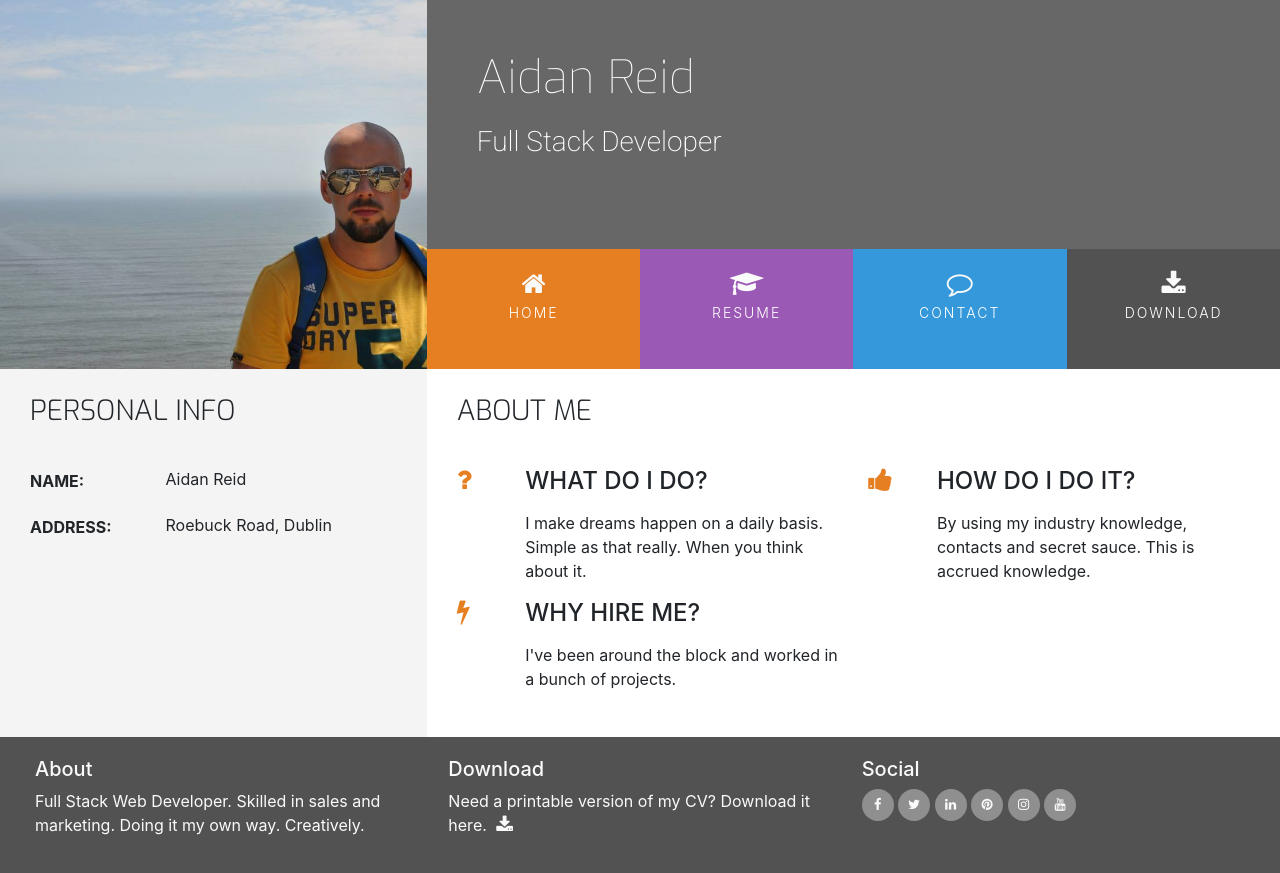
Repository: AidanJReid/Resume
Page: index.html
The author's editor kept a record of every edit. The page is drawn from the files as they stood at one moment, then again after the next edit.
The browser window is 1280 px wide. The pictures show the whole page.

Above is the page before.

### index.html
<!DOCTYPE html>
<html lang="en">

<head>
    <meta charset="UTF-8">
    <meta name="viewport" content="width=device-width, initial-scale=1.0">
    <meta http-equiv="X-UA-Compatible" content="ie=edge">
    <link rel="stylesheet" href="https://stackpath.bootstrapcdn.com/bootstrap/4.3.1/css/bootstrap.min.css" type="text/css" />
    <link rel="stylesheet" href="https://stackpath.bootstrapcdn.com/font-awesome/4.7.0/css/font-awesome.min.css" type="text/css" />
    <link rel="stylesheet" href="https://cdnjs.cloudflare.com/ajax/libs/hover.css/2.3.1/css/hover-min.css" type="text/css" />
    <link rel="stylesheet" href="assets/css/style.css" type="text/css" />
    <title>Aidan</title>
</head>

<body>
    <header>
        <div class="row no-gutters">
            <a href="index.html" class="col-md-4 logo">

            </a>
            <div class="col-md-8">
                <div class="row no-gutters bg-color-name-title">
                    <div class="col heading">
                        <h1 class="name">Aidan Reid</h1>
                        <h2 class="title">Full Stack Developer</h2>
                    </div>
                </div>
                <div class="row no-gutters">
                    <div class="col">
                        <ul id="nav" class="list-inline menucontainer">
                            <li class="col-6 col-sm-3 ui-menu-color-home list-inline-item menuitem">
                                <a href="#" class="hvr-sweep-to-bottom">
                                    <i class="fa fa-home" aria-hidden="true"></i>
                                    <span>Home</span>
                                </a>
                            </li>
                            <li class="col-6 col-sm-3 ui-menu-color-resume list-inline-item menuitem">
                                <a href="#" class="hvr-sweep-to-bottom">
                                    <i class="fa fa-graduation-cap" aria-hidden="true"></i>
                                    <span>Resume</span>
                                </a>
                            </li>
                            <li class="col-6 col-sm-3 ui-menu-color-contact list-inline-item menuitem">
                                <a href="#" class="hvr-sweep-to-bottom">
                                    <i class="fa fa-comment-o" aria-hidden="true"></i>
                                    <span>Contact</span>
                                </a>
                            </li>
                            <li class="col-6 col-sm-3 ui-menu-color-download list-inline-item menuitem">
                                <a href="#" class="hvr-sweep-to-bottom">
                                    <i class="fa fa-download" aria-hidden="true"></i>
                                    <span>Download</span>
                                </a>
                            </li>
                        </ul>
                    </div>
                </div>
            </div>
        </div>
    </header>
    <section class="container-fluid">
        <div class="row">
            <div class="col-md-4 bg-color-personal-info section-column">
                <div class="row">
                    <div class="col-12">
                        <h3 class="section-heading uppercase">Personal Info</h3>
                    </div>
                </div>
                <div class="personal-info-item">
                    <div class="key">
                        <p class="uppercase">
                            Name:
                        </p>
                    </div>
                    <div class="value">
                        <p>
                            Aidan Reid
                        </p>
                    </div>
                </div>
                <div class="personal-info-item">
                    <div class="key">
                        <p class="uppercase">
                            Address:
                        </p>
                    </div>
                    <div class="value">
                        <p>
                            Roebuck Road, Dublin
                        </p>
                    </div>
                </div>
            </div>
            <div class="col-md-8 bg-color-three-reasons section-column">
                <div class="row">
                    <div class="col">
                        <h3 class="section-heading uppercase">About Me</h3>
                    </div>
                </div>
                <div class="row">
                    <div class="col-10 offset-1 offset-sm-0 col-sm-4 col-md-6">
                        <div class="row">
                            <div class="col-2">
                                <i class="three-reasons-icon fa fa-question" aria-hidden="true"></i>
                            </div>
                            <div class="col-10">
                                <h4 class="three-reasons-heading uppercase" aria-hidden="true">What do I do?</h4>
                                <p>
                                    I make dreams happen on a daily basis. Simple as that really.
                                    When you think about it.
                                </p>
                            </div>
                        </div>
                    </div>
                    <div class="col-10 offset-1 offset-sm-0 col-sm-4 col-md-6">
                        <div class="row">
                            <div class="col-2">
                                <i class="three-reasons-icon fa fa-thumbs-up" aria-hidden="true"></i>
                            </div>
                            <div class="col-10">
                                <h4 class="three-reasons-heading uppercase" aria-hidden="true">How do I do it?</h4>
                                <p>
                                    By using my industry knowledge, contacts and secret sauce. This is accrued knowledge.
                                </p>
                            </div>
                        </div>
                    </div>
                    <div class="col-10 offset-1 offset-sm-0 col-sm-4 col-md-6">
                        <div class="row">
                            <div class="col-2">
                                <i class="three-reasons-icon fa fa-bolt" aria-hidden="true"></i>
                            </div>
                            <div class="col-10">
                                <h4 class="three-reasons-heading uppercase" aria-hidden="true">Why hire me?</h4>
                                <p>
                                    I've been around the block and worked in a bunch of projects.
                                </p>
                            </div>
                        </div>
                    </div>
                </div>
            </div>

    </section>
    <footer class="container-fluid">
        <div id="footer-details" class="row">
            <div class="col-sm-4">
                <h5 class="uppercase-general-sub">About</h5>
                <p class="inline-block">
                    Full Stack Web Developer. Skilled in sales and marketing. Doing it my own way. Creatively.
                </p>
            </div>
            <div class="col-sm-4">
                <h5 class="uppercase-general-sub">Download</h5>
                <p class="inline-block">
                    Need a printable version of my CV? Download it here.
                    <a href="#" target="_blank" class="cv-pdf">
                        <i class="fa fa-download" aria-hidden="true"></i>
                        <span class="sr-only">Download link.</span>
                    </a>
                </p>
            </div>
            <div class="col-sm-4">
                <h5 class="uppercase-general-sub">Social</h5>
                <ul class="list-inline social-links">
                    <li class="list-inline-item">
                        <a target="_blank" href="#">
                            <i class="fa fa-facebook" aria-hidden="true"></i>
                            <span class="sr-only">Facebook</span>
                        </a>
                    </li>
                    <li class="list-inline-item">
                        <a target="_blank" href="#">
                            <i class="fa fa-twitter" aria-hidden="true"></i>
                            <span class="sr-only">Twitter</span>
                        </a>
                    </li>
                    <li class="list-inline-item">
                        <a target="_blank" href="#">
                            <i class="fa fa-linkedin" aria-hidden="true"></i>
                            <span class="sr-only">Linkedin</span>
                        </a>
                    </li>
                    <li class="list-inline-item">
                        <a target="_blank" href="#">
                            <i class="fa fa-pinterest" aria-hidden="true"></i>
                            <span class="sr-only">Pinterest</span>
                        </a>
                    </li>
                    <li class="list-inline-item">
                        <a target="_blank" href="#">
                            <i class="fa fa-instagram" aria-hidden="true"></i>
                            <span class="sr-only">Instagram</span>
                        </a>
                    </li>
                    <li class="list-inline-item">
                        <a target="_blank" href="#">
                            <i class="fa fa-youtube" aria-hidden="true"></i>
                            <span class="sr-only">Youtube</span>
                        </a>
                    </li>
                </ul>
            </div>
        </div>

    </footer>

</body>

</html>

### assets/css/style.css
@import url('https://fonts.googleapis.com/css?family=Roboto:100,200,300,400,500,600,700|Exo:100,200,300,400,500,600,700');

/* -----------------------------------Colours */

.bg-color-name-title {
    background-color: #676767;
}

.bg-color-three-reasons {
    background-color: #fff;
}

.bg-color-personal-info {
    background-color: #f4f4f4;
}

.bg-color-work-history {
    background-color: #9b59b6;
}

.ui-menu-color-home {
    background-color: #e67e22;
}

.ui-menu-color-resume {
    background-color: #9b59b6;
}

.ui-menu-color-contact {
    background-color: #3498db;
}

.ui-menu-color-download {
    background-color: #525252;
}



/* -----------------------------------Special paddings/margins/text */

h1,
h2,
h3,
h4 {
    margin: 0;
}

.uppercase {
    text-transform: uppercase;
}

.general-sub {
    font-family: "Exo", sans-serif;
    font-weight: 300;
    color: #fafafa;
}

.inline-block {
    display: inline-block;
}

.row-table {
    display: table;
}

.section-column {
    display: table-cell;
    padding: 0 30px 30px;
    float: none;
}

.history-heading,
.section-heading {
    font-family: "Exo", sans-serif;
    font-weight: 300;
    margin-top: 25px;
    margin-bottom: 40px;
}

/* -----------------------------------Heading */

header {
    margin: 0;
}

.heading {
    margin-left: 50px;
}

.logo {
    background: url("../images/AJ.jpg");
    background-position: center;
    background-repeat: no-repeat;
    background-size: cover;
    min-height: 360px;
    transition: all .5s ease-in-out;
    -moz-transition: all .5s ease-in-out;
    -webkit-transition: all .5s ease-in-out;
}

.name {
    font-family: "Exo", sans-serif;
    font-weight: 100;
    font-size: 46px;
    margin-top: 50px;
    color: #fff;
}

.title {
    font-family: "Roboto", sans-serif;
    font-weight: 200;
    font-size: 28px;
    margin-top: 20px;
    margin-bottom: 90px;
    color: #fff;
}



.list-inline-item:not(:last-child) {
    margin: 0;
}

.menucontainer {
    font-size: 0;
}

#nav {
    margin: 0;
}

#nav li {
    font-size: 14px;
    padding: 0;
}

.menuitem {
    height: 120px;
    text-align: center;
    padding: 0;
}

.menuitem a {
    width: 100%;
    text-decoration: none;
    color: #fff;
    height: 120px;
}

.menuitem a i {
    padding-top: 22px;
    display: block;
    color: #fafafa;
    font-size: 26px;
}

.menuitem span {
    display: block;
    width: 100%;
    padding-top: 5px;
    text-align: center;
    text-transform: uppercase;
    font-size: 14px;
    font-weight: 300;
    letter-spacing: 2px;
}

/* -----------------------------------Hover.css */

.hvr-sweep-to-bottom:before {
    background: rgba(0, 0, 0, 0.2);
    height: 120px;
}

/* -----------------------------------Footer */

footer {
    background-color: #525252;
    color: #fafafa;
    min-height: 120px;
    margin: 0;
}

.cv-pdf i {
    font-size: 18px;
    color: #fafafa;
    text-align: center;
    padding-left: 5px;
    transition: all 0.35s ease-in-out;
    -moz-transition: all 0.35s ease-in-out;
    -webkit-transition: all 0.35s ease-in-out;
    -o-transition: all 0.35s ease-in-out;
}

.cv-pdf i:hover {
    color: #e84610;
}

.social-links {
    padding-bottom: 15px;
}

.social-links li a i {
    width: 32px;
    height: 32px;
    padding: 12px 0;
    border-radius: 50%;
    font-size: 13px;
    line-height: 7px;
    text-align: center;
    color: #fafafa;
    background: #8f8f8f;
     transition: all 0.35s ease-in-out;
    -moz-transition: all 0.35s ease-in-out;
    -webkit-transition: all 0.35s ease-in-out;
    -o-transition: all 0.35s ease-in-out;
}

.social-links li a i:hover {
    background: #e84610;
}

#footer-details {
    padding: 20px;
}

/* -----------------------------------3 reasons */

.three-reasons-icon {
    font-size: 26px;
    color: #e67e22;
}

.three-reasons-heading {
    margin-bottom: 15px;
}

/* -----------------------------------Personal Info */

.personal-info-item {
    margin-bottom: 20px;
    display: block;
    clear: both;
}

.personal-info-item .key,
.personal-info-item .value {
    padding-right: 8px;
    display: inline-block;
}

.personal-info-item .key p,
.personal-info-item .value p {
    margin: 0;
}

.personal-info-item .key {
    width: 30%;
    margin-right: 21px;
    padding-top: 2px;
    vertical-align: top;
}

.personal-info-item .key p {
    font-weight: 700;
}

.personal-info-item .value {
    position: relative;
    width: 60%;
}

/* -----------------------------------Skills */

.progress {
    position: relative;
    height: 25px;
    margin-bottom: 4px;
}

.progress-type {
    position: absolute;
    left: 0px;
    font-weight: 400;
    padding: 3px 30px 2px 10px;
    color: #fafafa;
    background-color: rgba(25,25,25,0.2);
}

.progress-section {
    margin: 40px 20px;
}

/* -----------------------------------Work History */

.history-heading {
    color: #fafafa;
    margin-bottom: 50px;
}

.timeline-item {
    padding: 43em 2em 0em 2em;
    position: relative;
    color: #fafafa;
    border-left: 1px solid;
}

.timeline-item p {
    padding: 0;
    margin: 0;
}

.timeline-item:before {
    content: attr(data-dates);
    position: absolute;
    left: 2.5em;
    top: 3em;
    display: block;
    font-family: "Exo", sans-serif;
    font-weight: 500;
    font-size: 0.8em;
    padding: 0;
    margin: 0;
}

.timeline-item:after {
    width: 12px;
    height: 12px;
    display: block;
    top: 2.4em;
    position: absolute;
    left: -6px;
    border-radius: 12px;
    content: '';
    background: #fafafa;
}

After the next edit:
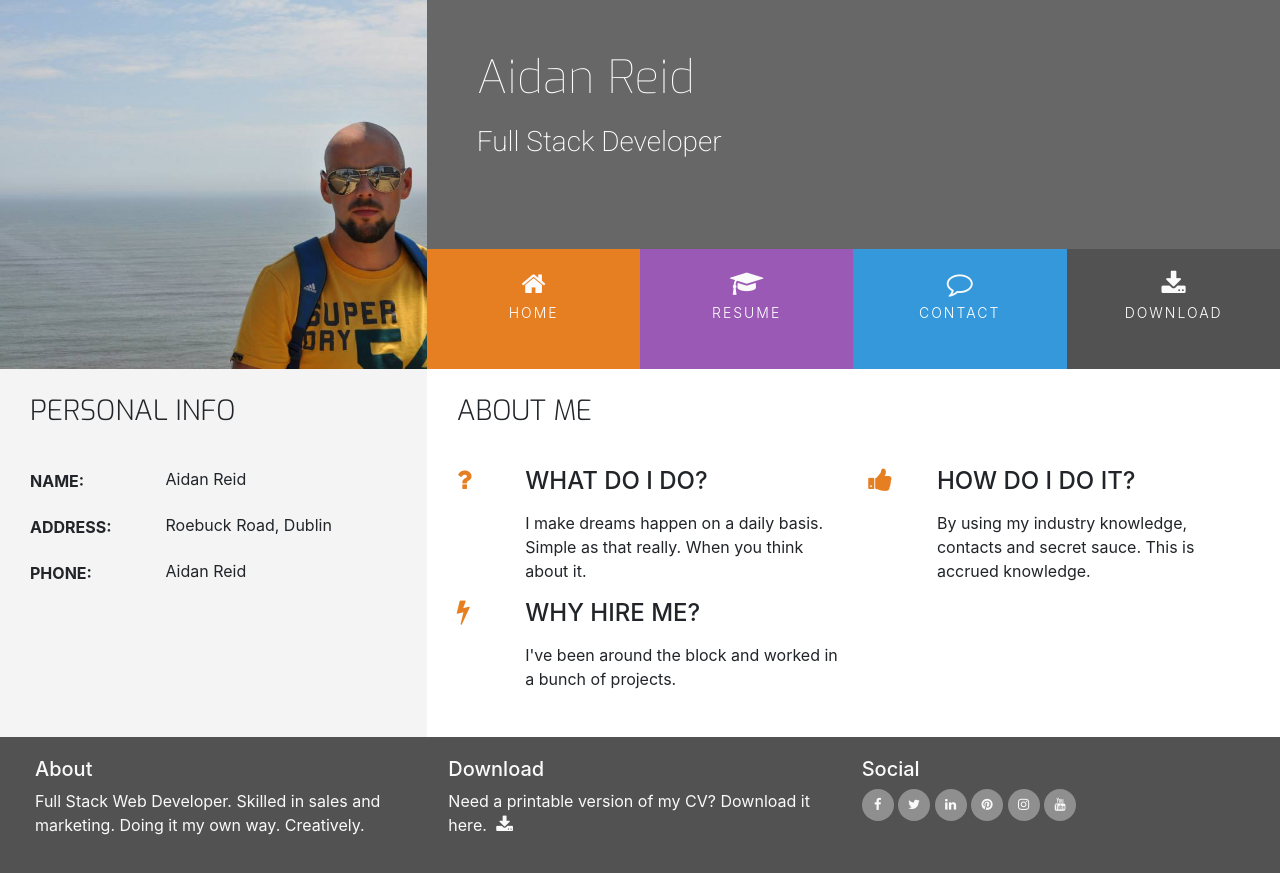
The edit:
--- a/index.html
+++ b/index.html
@@ -90,6 +90,18 @@
                         </p>
                     </div>
                 </div>
+                <div class="personal-info-item">
+                    <div class="key">
+                        <p class="uppercase">
+                            Phone:
+                        </p>
+                    </div>
+                    <div class="value">
+                        <p>
+                            Aidan Reid
+                        </p>
+                    </div>
+                </div>
             </div>
             <div class="col-md-8 bg-color-three-reasons section-column">
                 <div class="row">
